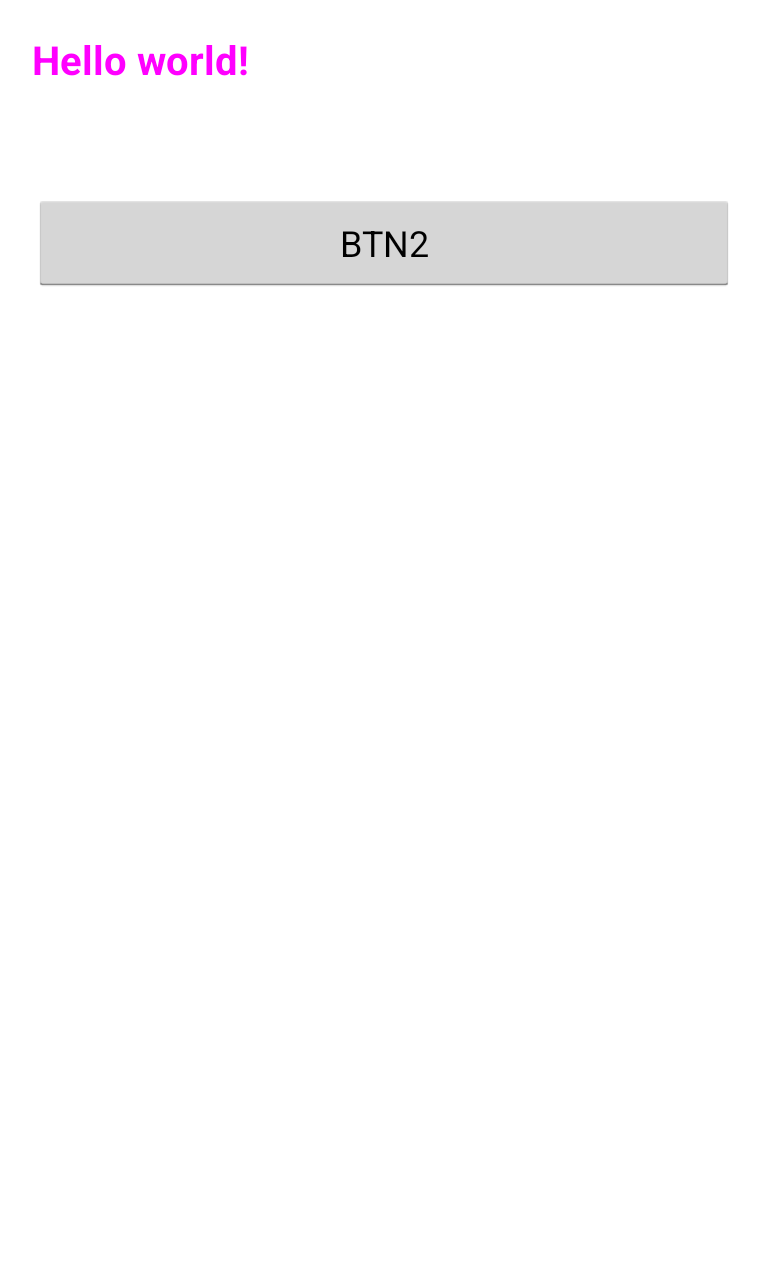
Repository: leehan0617/android
Layout: ex02/res/layout/activity_main.xml
An editor plug-in stored every save of this project. The layout is shown before and after the next save, followed by the edit.
It is drawn on a 768 x 1280 px phone screen (xhdpi) without system bars, with theme AppTheme; the app's code is not run.

Above is the layout before, as saved 2015-07-27 03:54:45.

After the next save:
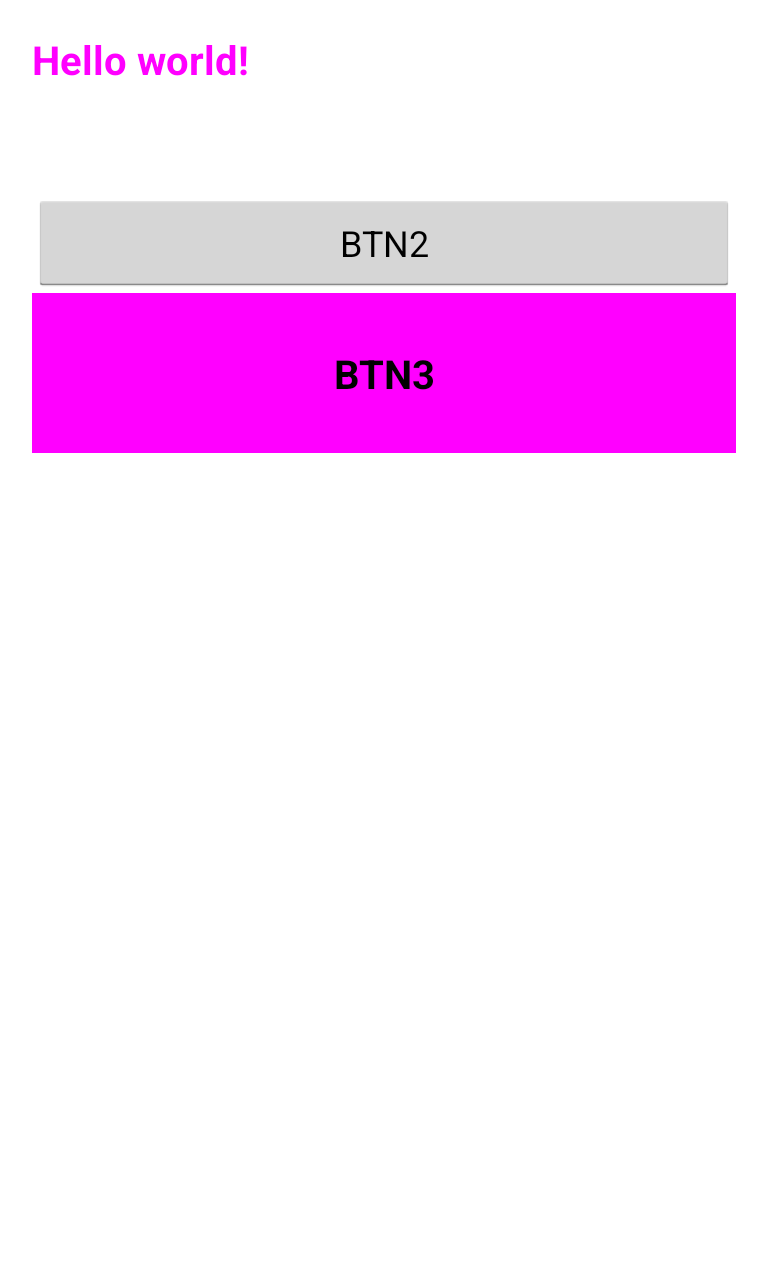
Saved 3 min 29 s later.
--- a/ex02/res/layout/activity_main.xml
+++ b/ex02/res/layout/activity_main.xml
@@ -30,4 +30,12 @@
         android:layout_height="50dp"
         android:text="@string/btn2"
         android:layout_gravity="bottom"/>
+
+    <Button
+        android:layout_width="match_parent"
+        android:layout_height="80dp"
+        android:textSize="20sp"
+        android:textStyle="bold"
+        android:background="#FF00FF"
+        android:text="@string/btn3" />
 </LinearLayout>
